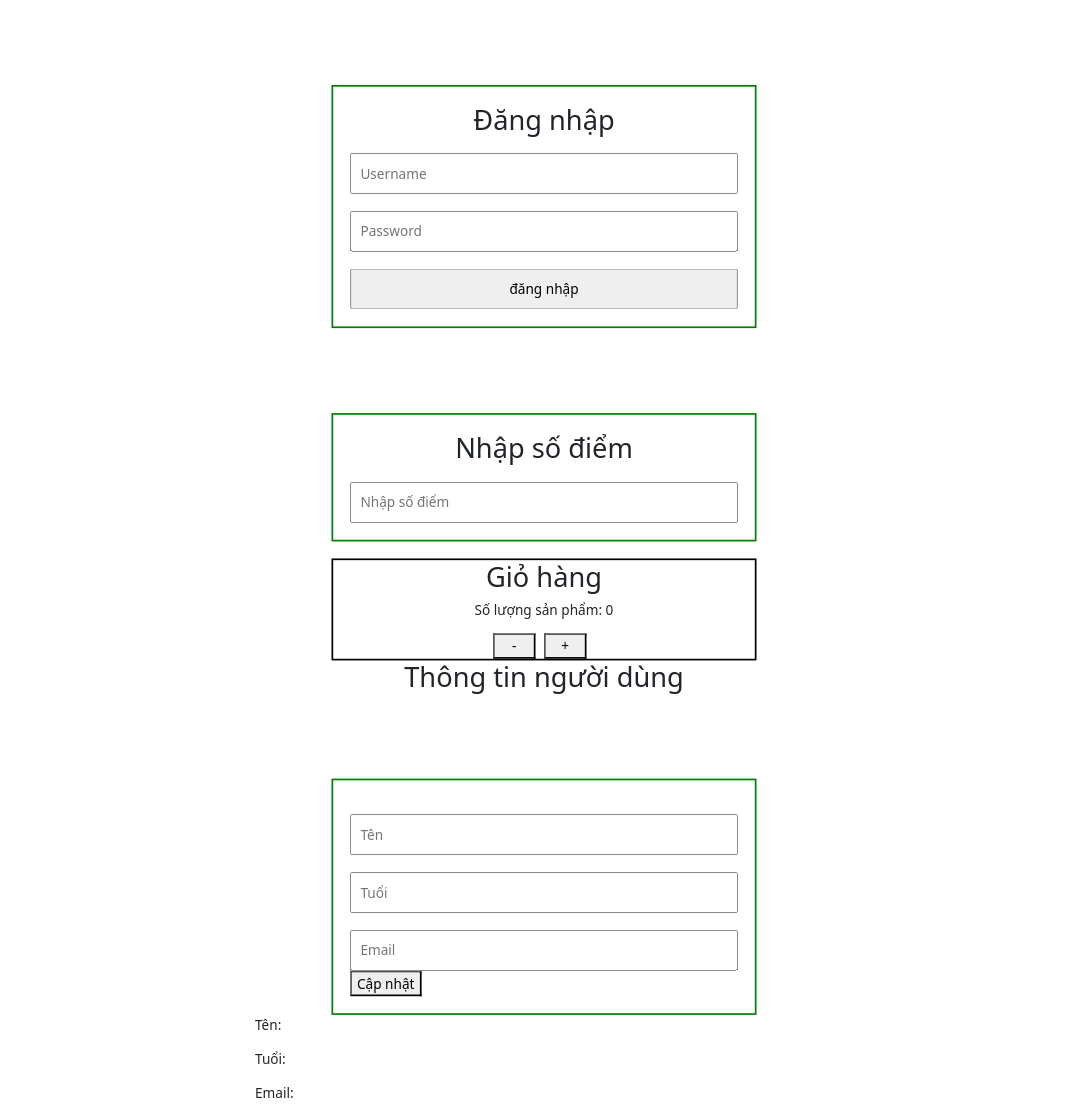
Repository: Phong-poor/frontendframework
Page: / (app in vue-lab-asm/)
An editor plug-in stored every save of this project. The page is shown before and after a run of saves, followed by the edit.
The browser window is 1280 px wide. The pictures show the whole page, at 85% of full size.
The project was rebuilt for these pictures with package versions that can differ from the ones it lists, and the page was loaded fresh each time. Also part of the build but not shown: vue-lab-asm/vite.config.js, vue-lab-asm/src/components/Lab1.vue, vue-lab-asm/src/components/product.vue, vue-lab-asm/src/components/Dangnhap.vue, vue-lab-asm/src/components/NotFound.vue, vue-lab-asm/src/components/Dangky.vue, vue-lab-asm/src/components/admin.vue, vue-lab-asm/src/components/admin-category.vue.

Above is the page before, as saved 2025-10-07 18:53:58.

After the next 2 saves:
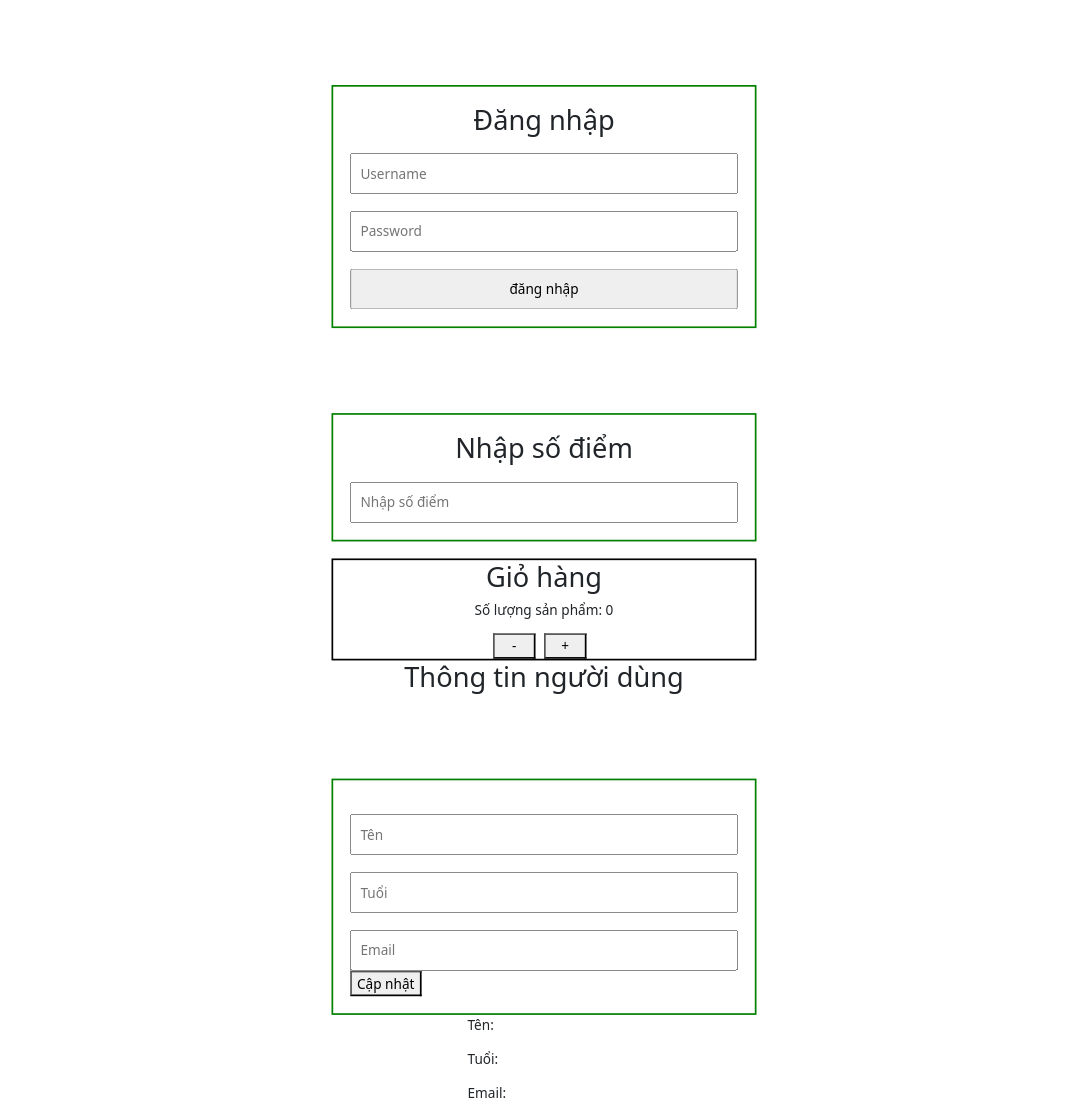
The 2 saves are shown as one change because they came seconds apart.
The last was saved 7 s later.
--- a/vue-lab-asm/src/components/Lab2.vue
+++ b/vue-lab-asm/src/components/Lab2.vue
@@ -155,6 +155,6 @@ form h2{
     text-align: center;
 }
 .thongtinnguoidung .thongtin{
-    margin-left: 300px;
+    margin-left: 550px;
 }
 </style>
